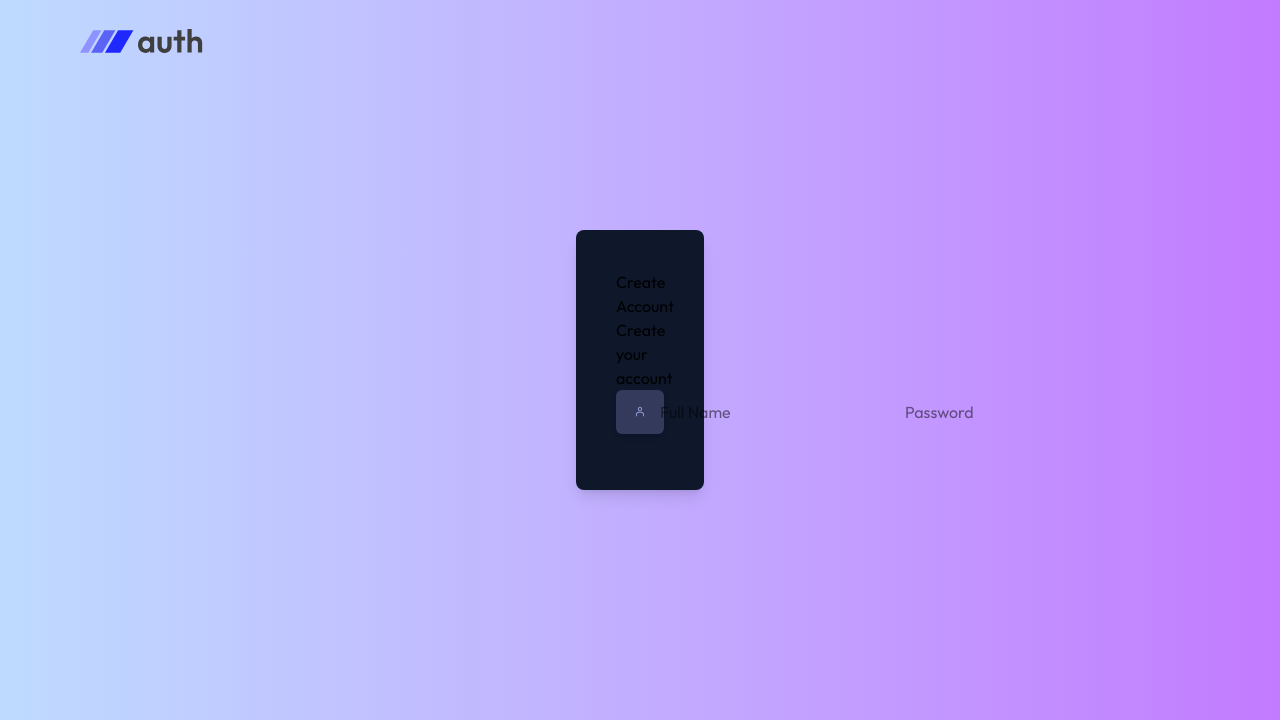
Repository: AuthnSapuarachchi/AuthnticationApplication-MERN-Stack
Page: /login (app in client/)
An editor plug-in stored every save of this project. The page is shown before and after the next save, followed by the edit.
The browser window is 1280 px wide. The pictures show the whole page.
The project was rebuilt for these pictures with package versions that can differ from the ones it lists, and the page was loaded fresh each time. Also part of the build but not shown: client/vite.config.js, client/src/components/NavBar.jsx, client/src/components/Header.jsx, client/src/pages/home.jsx, client/src/pages/ResetPassword.jsx, client/src/pages/EmailVerify.jsx.

Above is the page before, as saved 2025-07-31 12:08:35.

After the next save:
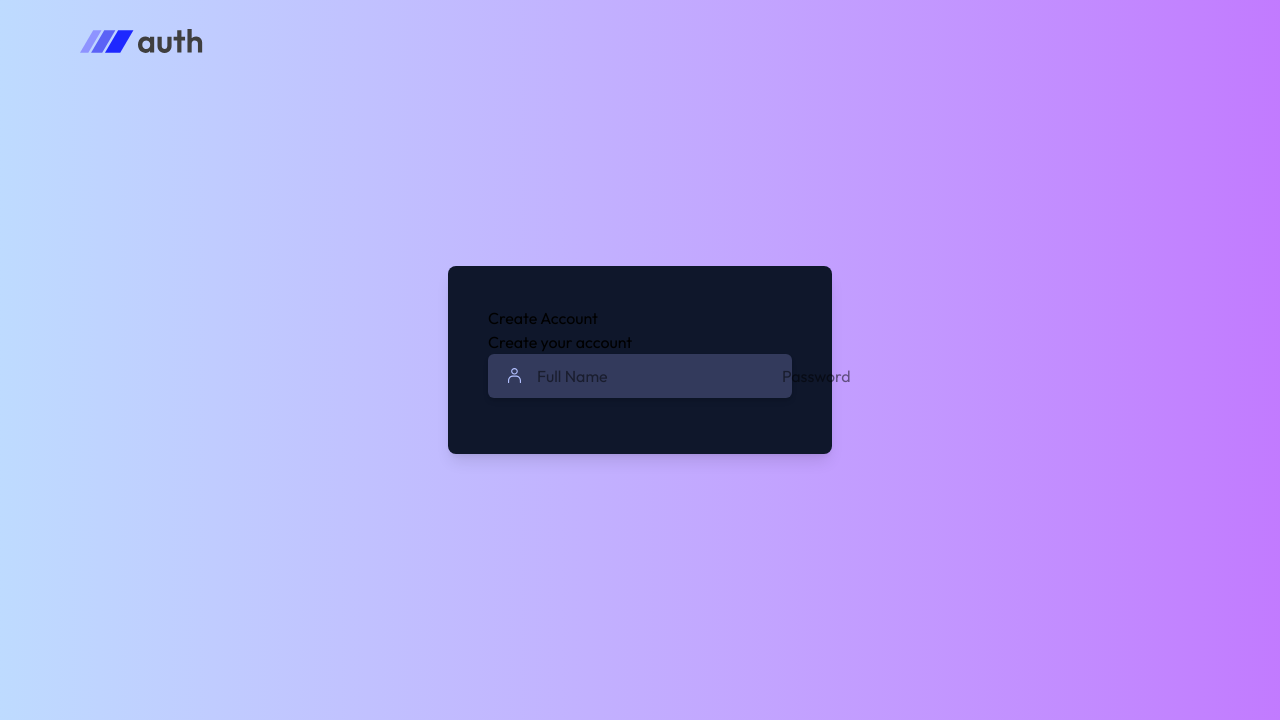
Saved 13 s later.
--- a/client/src/pages/login.jsx
+++ b/client/src/pages/login.jsx
@@ -8,7 +8,7 @@ const Login = () => {
     <div className='flex items-center justify-center min-h-screen px-6 sm:px-0 bg-gradient-to-r from-blue-200 to-purple-400 relative'>
       <img src={assets.logo} alt="" className='absolute left-5 sm:left-20
       top-5 w-28 sm:w-32 cursor-pointer' />
-      <div className='bg-slate-900 p-10 rounded-lg shadow-lg sm:left-20 top-5 w-full sm:w-32 cursor-pointer'>
+      <div className='bg-slate-900 p-10 rounded-lg shadow-lg sm:left-20 top-5 w-full sm:w-96 cursor-pointer'>
         <h2>{state === 'Sign Up' ? 'Create Account' : 'Login'}</h2>
         <p>{state === 'Sign Up' ? 'Create your account' : 'Login to your account'}</p>
         <form>
